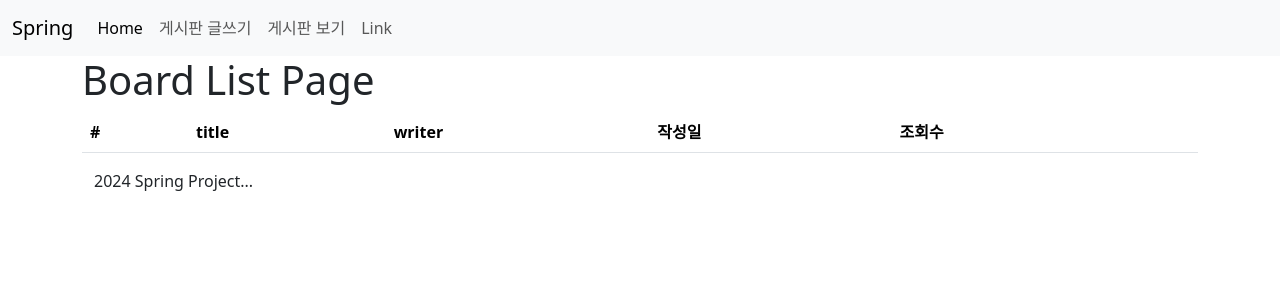
Repository: oco0217/SpringTest2
Page: http://localhost/spring_test2/WEB-INF/views/board/list.jsp
The author's editor kept a copy of each file at every save. The page is drawn from the files as they stood at one save, then again after the next save.
The browser window is 1280 px wide. The pictures show the whole page.
The page is served by Tomcat 9. Nobody is signed in. Other server files are loaded and not shown. The template is opened directly, without the code that normally fills it, so the values that code supplies are empty.

Above is the page before, as saved 2024-05-01 08:39:43.

### spring_test2/src/main/webapp/WEB-INF/views/board/list.jsp
<%@ page language="java" contentType="text/html; charset=UTF-8"
	pageEncoding="UTF-8"%>
<%@ taglib uri="http://java.sun.com/jsp/jstl/core" prefix="c"%>

<jsp:include page="../layout/header.jsp" />

<div class="container-md">

	<h1>Board List Page</h1>

	<!-- 검색라인 -->
	<%-- <form class="d-flex" action="/board/list" method="get">
		<div class="input-group mb-3">
			<select name="type" class="form-select form-select-sm"
				aria-label="Small select example">
				<option ${ph.pgvo.type == null ? 'selected' : '' } selected >Open this select menu</option>
				<option ${ph.pgvo.type eq 't' ? 'selected' : '' } value="t">게시글</option>
				<option ${ph.pgvo.type eq 'w' ? 'selected' : '' } value="w">작성자</option>
				<option ${ph.pgvo.type eq 'c' ? 'selected' : '' } value="c">내용</option>
				<option ${ph.pgvo.type eq 'tc' ? 'selected' : '' } value="tc">제목+내용</option>
				<option ${ph.pgvo.type eq 'wc' ? 'selected' : '' } value="wc">작성자+내용</option>
				<option ${ph.pgvo.type eq 'tw' ? 'selected' : '' } value="tw">제목+작성자</option>
				<option ${ph.pgvo.type eq 'twc' ? 'selected' : '' } value="twc">전체</option>
			</select>
			<input name="keyword" type="text" class="form-control"aria-label="Text input with dropdown button" placeholder="search..." value="${ph.pgvo.keyword}">
				<input type="hidden" name="pageNo" value="1" >
				<input type="hidden" name="qty" value="10">
			<button type="submit" class="btn btn-outline-dark position-relative">
				검색 <span
					class="position-absolute top-0 start-100 translate-middle badge rounded-pill bg-danger">
					${ph.totalCount } <span class="visually-hidden">unread messages</span>
				</span>
			</button>
		</div>
	</form> --%>


	<table class="table table-hover">
		<thead>
			<tr>
				<th>#</th>
				<th>title</th>
				<th>writer</th>
				<th>작성일</th>
				<th>조회수</th>
				<th></th>
			</tr>
		</thead>

		<tbody>
			<c:forEach items="${list }" var="li">
				<tr>
					<td>${li.bno }</td>
					<td>
					<a href="/board/detail?bno=${li.bno }">${li.title }
					<c:if test="${li. cmtQty ne 0}">
					<strong style="color: red;">[${li.cmtQty }]</strong>
					</c:if>
					</a></td>
					<td>${li.writer }</td>
					<td>${li.regDate }</td>
					<td>${li.readCount }</td>
					<td>
					<c:if test="${li.hasFile ne 0 }">
					<span class="badge text-bg-info">
					${li.hasFile } Image Upload
					</span>
					</c:if>
					</td>
				</tr>
			</c:forEach>
		</tbody>
	</table>


	<!-- 페이지네이션 -->

<%-- 	<nav aria-label="Page navigation example">
		<ul class="pagination justify-content-center">

		<c:if test="${ph.prev }">
			<li class="page-item"><a class="page-link" href="/board/list?pageNo=${ph.startPage-1 }&qty=${ph.pgvo.qty}&type=${ph.pgvo.type}&keyword=${ph.pgvo.keyword}"
				aria-label="Previous"> <span aria-hidden="true">&laquo;</span></a></li>
		</c:if>


				<c:forEach begin="${ph.startPage }" end="${ph.endPage }" var="i">
			<li class="page-item"><a class="page-link" href="/board/list?pageNo=${i }&qty=${ph.pgvo.qty}&type=${ph.pgvo.type}&keyword=${ph.pgvo.keyword}"> ${i } </a></li>
				</c:forEach>

				<c:if test="${ph.next }">
			<li class="page-item"><a class="page-link" href="/board/list?pageNo=${ph.endPage+1 }&qty=${ph.pgvo.qty}&type=${ph.pgvo.type}&keyword=${ph.pgvo.keyword}"
				aria-label="Next"> <span aria-hidden="true">&raquo;</span>
			</a></li>
				</c:if>
		</ul>
	</nav> --%>


	<jsp:include page="../layout/footer.jsp" />
</div>

### spring_test2/src/main/webapp/WEB-INF/views/layout/header.jsp
<%@ page language="java" contentType="text/html; charset=UTF-8"
    pageEncoding="UTF-8"%>
    <%@ taglib uri="http://java.sun.com/jsp/jstl/core" prefix="c" %>
<!DOCTYPE html>
<html>
<head>
<meta charset="UTF-8">
<title>header.jsp</title>
<link href="https://cdn.jsdelivr.net/npm/bootstrap@5.3.3/dist/css/bootstrap.min.css" rel="stylesheet" integrity="sha384-QWTKZyjpPEjISv5WaRU9OFeRpok6YctnYmDr5pNlyT2bRjXh0JMhjY6hW+ALEwIH" crossorigin="anonymous">
<script src="https://cdn.jsdelivr.net/npm/bootstrap@5.3.3/dist/js/bootstrap.bundle.min.js" integrity="sha384-YvpcrYf0tY3lHB60NNkmXc5s9fDVZLESaAA55NDzOxhy9GkcIdslK1eN7N6jIeHz" crossorigin="anonymous"></script>
</head>
<body>
<nav class="navbar navbar-expand-lg bg-body-tertiary">
  <div class="container-fluid">
    <a class="navbar-brand" href="#">Spring</a>
    <button class="navbar-toggler" type="button" data-bs-toggle="collapse" data-bs-target="#navbarSupportedContent" aria-controls="navbarSupportedContent" aria-expanded="false" aria-label="Toggle navigation">
      <span class="navbar-toggler-icon"></span>
    </button>
    <div class="collapse navbar-collapse" id="navbarSupportedContent">
      <ul class="navbar-nav me-auto mb-2 mb-lg-0">
        <li class="nav-item">
          <a class="nav-link active" aria-current="page" href="/">Home</a>
        </li>
        <li class="nav-item">
          <a class="nav-link" href="/board/register">게시판 글쓰기</a>
        </li>
        <li class="nav-item">
          <a class="nav-link" href="/board/list">게시판 보기</a>
        </li>
<%--         <c:if test="${ses eq null }">
        <li class="nav-item">
          <a class="nav-link" href="/member/register">회원가입</a>
        </li>
        <li class="nav-item">
          <a class="nav-link" href="/member/login">로그인</a>
        </li>
        </c:if>
        <c:if test="${ses ne null }">
        <li class="nav-item">
          <a class="nav-link" href="/member/logout">로그아웃</a>
        </li>
        <li class="nav-item">
          <a class="nav-link" href="/member/modify">${ses.id }(${ses.email }) Welcome!!</a>
        </li>
        </c:if> --%>
        <li class="nav-item">
          <a class="nav-link" href="http://www.google.com" target="_blank" >Link</a>
        </li>
      </ul>
    </div>
  </div>
</nav>

### spring_test2/src/main/webapp/WEB-INF/views/layout/footer.jsp
<%@ page language="java" contentType="text/html; charset=UTF-8"
    pageEncoding="UTF-8"%>

<div class="container-md">
2024 Spring Project...
</div>

</body>
</html>

After the next save:
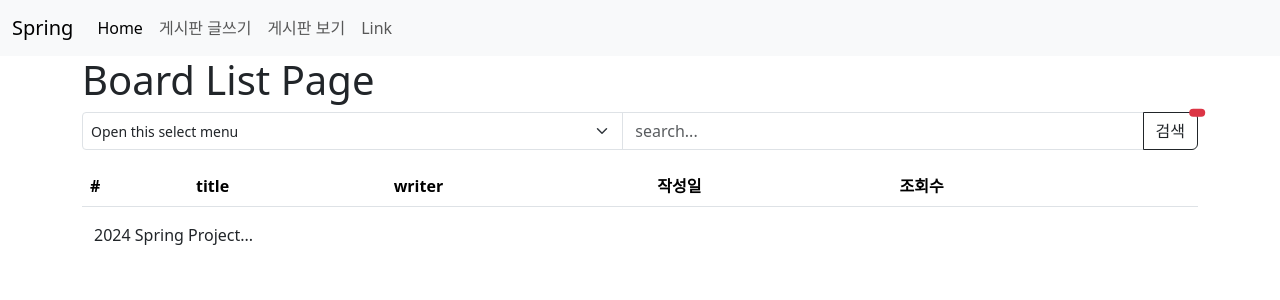
Saved 16 h 14 min later.
--- a/spring_test2/src/main/webapp/WEB-INF/views/board/list.jsp
+++ b/spring_test2/src/main/webapp/WEB-INF/views/board/list.jsp
@@ -9,7 +9,7 @@
 	<h1>Board List Page</h1>
 
 	<!-- 검색라인 -->
-	<%-- <form class="d-flex" action="/board/list" method="get">
+	 <form class="d-flex" action="/board/list" method="get">
 		<div class="input-group mb-3">
 			<select name="type" class="form-select form-select-sm"
 				aria-label="Small select example">
@@ -32,7 +32,7 @@
 				</span>
 			</button>
 		</div>
-	</form> --%>
+	</form>
 
 
 	<table class="table table-hover">
